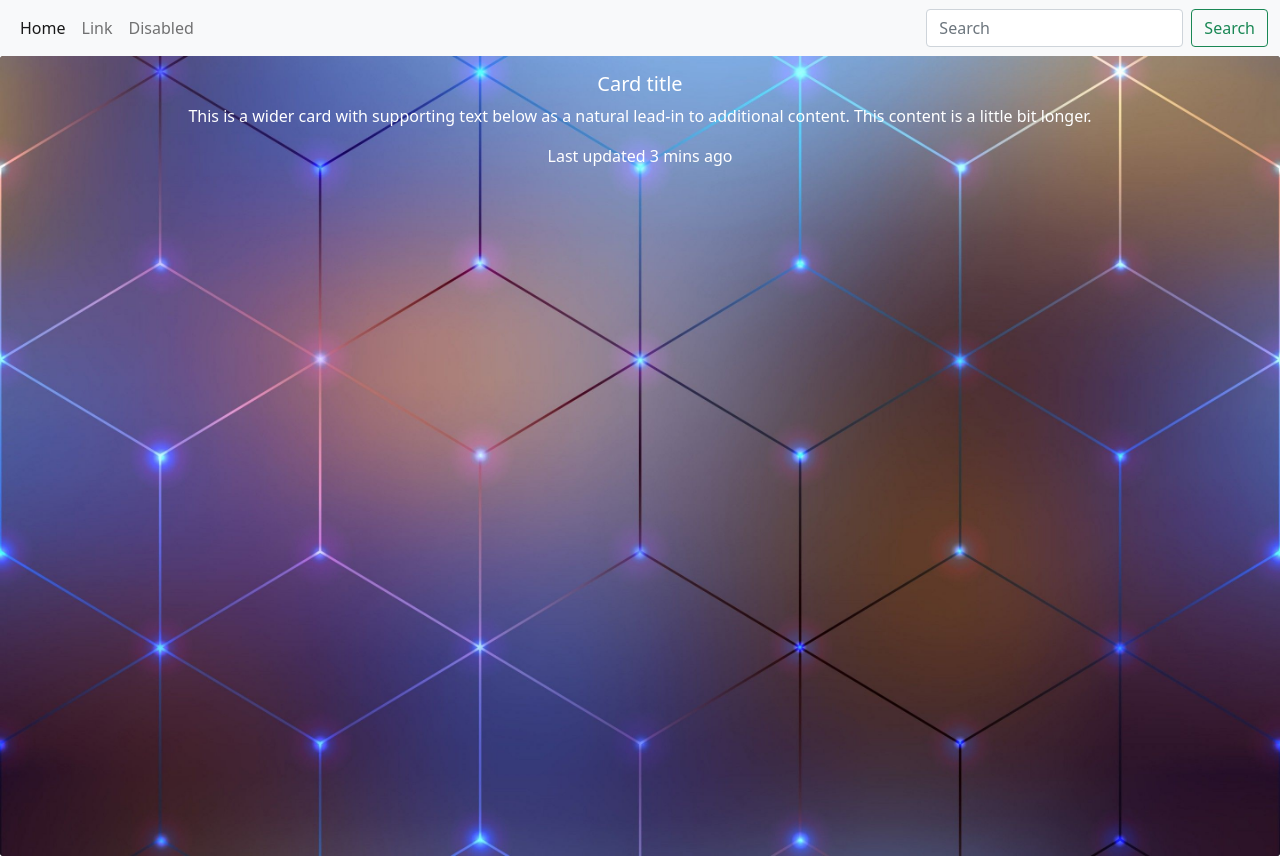
Repository: codysun1912/code
Page: /Home (app in shop/)
These files come from the project's save history. The page is drawn as it stood at one moment and after the next save; the edit follows.
The browser window is 1280 px wide. The pictures show the whole page.
The project was rebuilt for these pictures with package versions that can differ from the ones it lists, and the page was loaded fresh each time. Also part of the build but not shown: shop/src/components/Login.js, shop/src/components/About.jsx.

Above is the page before, as saved 2022-04-09 12:16:23.

### shop/src/index.js
import React from 'react';
import ReactDOM from 'react-dom';
import './index.css';
import App from './App';
import { BrowserRouter } from 'react-router-dom';

ReactDOM.render(
  <React.StrictMode>
    <BrowserRouter>
      <App />
    </BrowserRouter>
  </React.StrictMode>,
  document.getElementById('root')
);

// If you want to start measuring performance in your app, pass a function
// to log results (for example: reportWebVitals(console.log))
// or send to an analytics endpoint. Learn more: https://bit.ly/CRA-vitals

### shop/src/App.js
import './App.css'
import Navbar from './components/Navbar'
import '../node_modules/bootstrap/dist/css/bootstrap.min.css'


function App() {
  return (
    <div className="App">
      <Navbar/>
    </div>
  )
}
export default App

### shop/src/components/navbar.jsx
import React from 'react'
import { Routes, Route, Link } from 'react-router-dom'
import Home from './Home'
import Login from './Login'
import About from './About'
export default function Navbar() {
    return (
        <div><nav className="navbar navbar-expand-lg navbar-light bg-light">
            <div className="container-fluid">
                <div className="collapse navbar-collapse" id="navbarSupportedContent">
                    <ul className="navbar-nav me-auto mb-2 mb-lg-0">
                        <li className="nav-item">
                            <Link to="/" className="nav-link active" aria-current="page" >Home</Link>
                        </li>
                        <li className="nav-item">
                            <Link to="/Home" className="nav-link" href="#">Link</Link>
                        </li>
                        <li className="nav-item">
                            <Link to="/Login" className="nav-link ">Disabled</Link>
                        </li>
                    </ul>
                    <form className="d-flex">
                        <input className="form-control me-2" type="search" placeholder="Search" aria-label="Search" />
                        <button className="btn btn-outline-success" type="submit">Search</button>
                    </form>
                </div>
            </div>
        </nav>
            <Routes>
                <Route path='/' element={<About />} />
                <Route path='/Home' element={<Home />} />
                <Route path='/Login' element={<Login />} />
            </Routes>
        </div>
    )
}

### shop/src/components/Home.jsx
import React , {useState} from 'react'

export default function Home() {
  const [index , setIndex] = useState(0)

  console.log(setIndex);

  return (
    <div className="hero">
      <div className="card bg-dark text-white border-0">
        <img src="/assets/bg.jpg" className="card-img" alt="background" />
        <div className="card-img-overlay">
          <h5 className="card-title" onClick = {() => setIndex(index
          + 1)}>Card title</h5>
          <p className="card-text">
            This is a wider card with supporting text below as a natural lead-in
            to additional content. This content is a little bit longer.
          </p>
          <p className="card-text">Last updated 3 mins ago</p>
        </div>
      </div>
    </div>
  )
}

Loaded but not shown: shop/public/index.html (common file); shop/src/index.css (common file); shop/src/App.css (common file)

After the next save:
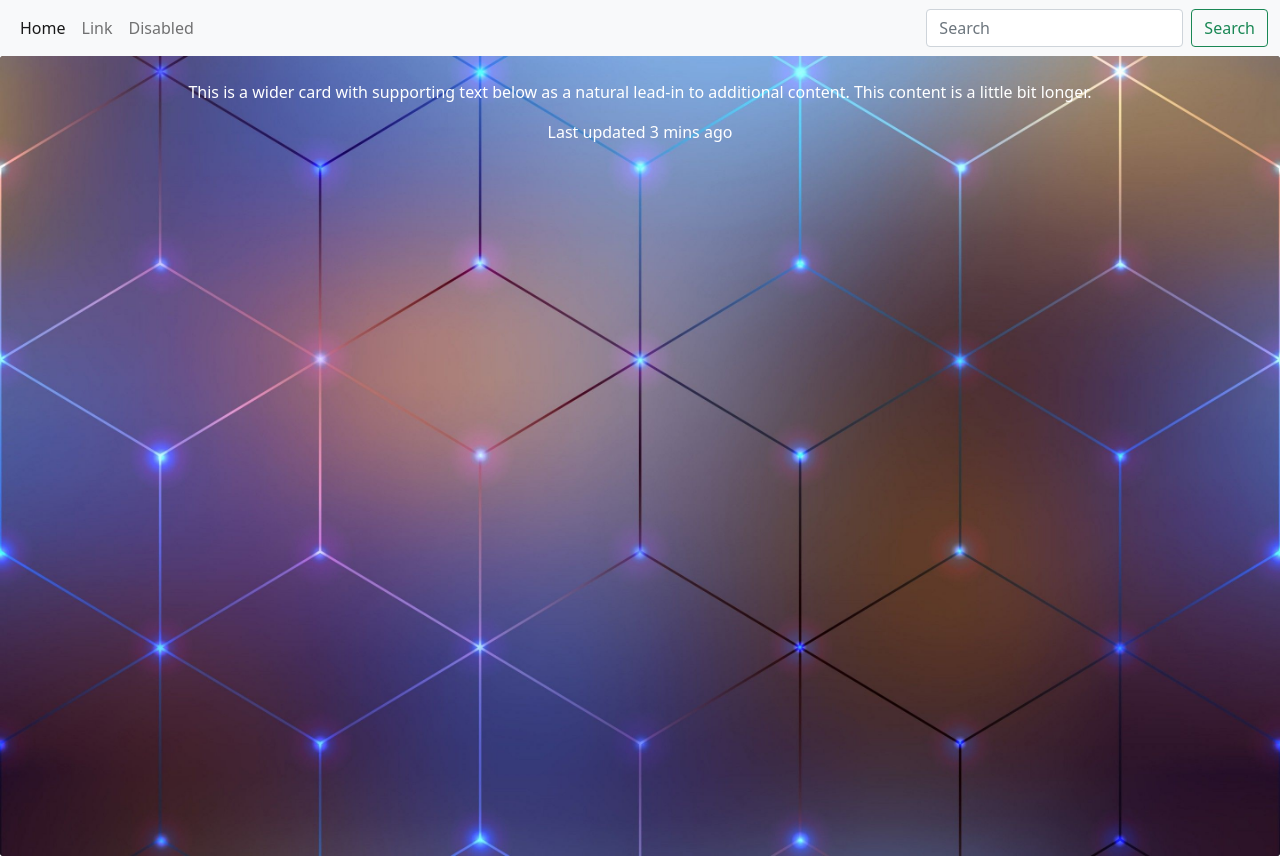
Saved 43 s later.
--- a/shop/src/components/Home.jsx
+++ b/shop/src/components/Home.jsx
@@ -1,7 +1,7 @@
-import React , {useState} from 'react'
+import React, { useState } from 'react'
 
 export default function Home() {
-  const [index , setIndex] = useState(0)
+  const [index, setIndex] = useState(0)
 
   console.log(setIndex);
 
@@ -10,8 +10,8 @@ export default function Home() {
       <div className="card bg-dark text-white border-0">
         <img src="/assets/bg.jpg" className="card-img" alt="background" />
         <div className="card-img-overlay">
-          <h5 className="card-title" onClick = {() => setIndex(index
-          + 1)}>Card title</h5>
+          <h5 className="card-title" onClick={() => setIndex(index
+            + 1)}>{setIndex}</h5>
           <p className="card-text">
             This is a wider card with supporting text below as a natural lead-in
             to additional content. This content is a little bit longer.
